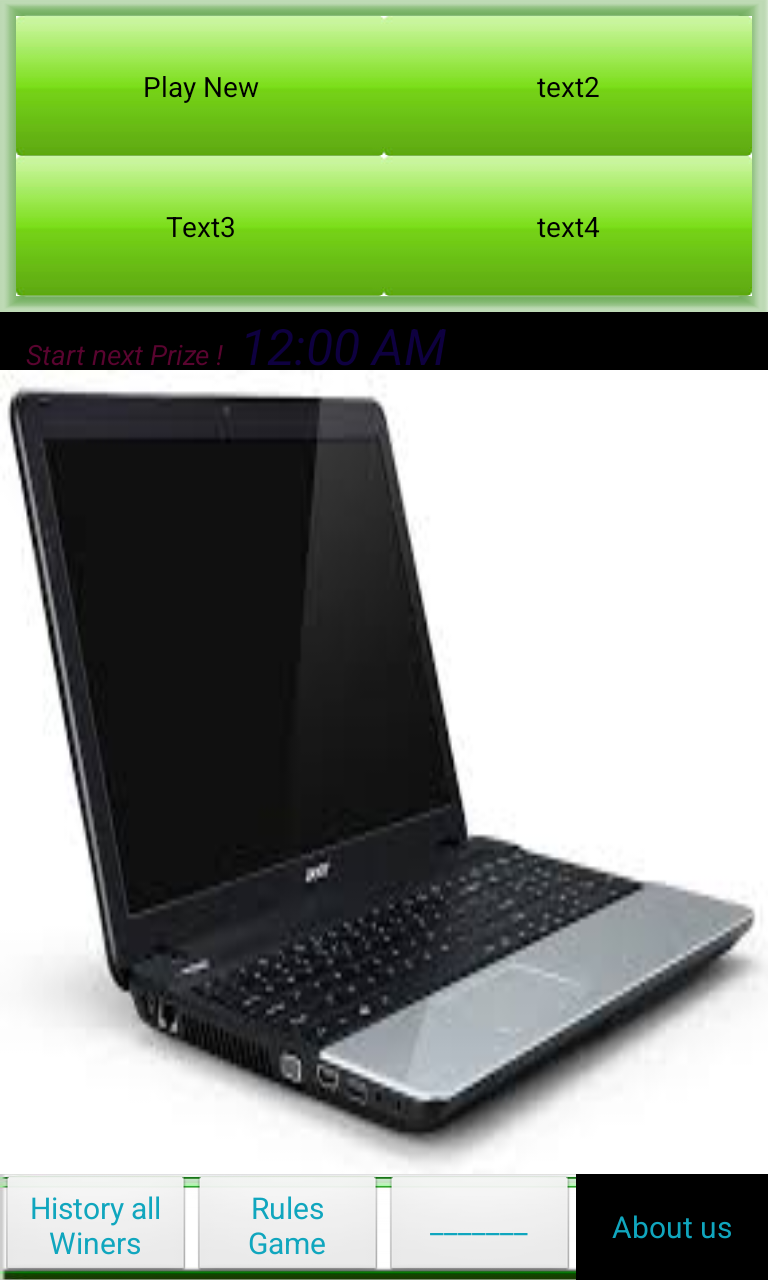
Repository: Skyremix/lottery
Layout: lotery/thelotter/res/layout/activity_main.xml
The author's editor kept a copy of each file at every save. The layout is drawn from the files as they stood at one save, then again after the next save.
It is drawn on a 768 x 1280 px phone screen (xhdpi) without system bars, with theme android:Theme.WithActionBar; the app's code is not run. The app's manifest (not shown) leaves right-to-left support off. So textAlignment, textDirection and layoutDirection are ignored, and left and right values win over start and end ones.

Above is the layout before, as saved 2015-04-07 20:42:43.

### lotery/thelotter/res/layout/activity_main.xml
<RelativeLayout xmlns:android="http://schemas.android.com/apk/res/android"
    xmlns:tools="http://schemas.android.com/tools"
    android:layout_width="match_parent"
    android:layout_height="match_parent"
    android:paddingBottom="0dp"
    android:paddingLeft="0dp"
    android:paddingRight="0dp"
    android:paddingTop="0dp"
    tools:context="com.example.thelotter.MainActivity" >

<LinearLayout
    android:layout_width="match_parent"
    android:layout_height="match_parent"
   	android:orientation="vertical">

    <LinearLayout
        android:layout_width="match_parent"
        android:layout_height="match_parent"
        android:layout_weight="1"
        android:orientation="vertical">

        <LinearLayout
            android:layout_width="match_parent"
            android:layout_height="156dp"
            android:orientation="vertical"
            android:background="@drawable/f">

            <LinearLayout
                android:layout_width="match_parent"
                android:layout_height="match_parent"
                android:orientation="horizontal"
                android:layout_weight="1"
                android:layout_marginLeft="0dp"
                android:layout_marginRight="0dp"
                android:layout_marginBottom="0dp">

                <Button
                    android:id="@+id/btn1"
                    android:layout_width="match_parent"
                    android:layout_height="match_parent"
                    android:layout_marginRight="0dp"
                    android:layout_weight="1"
                    android:background="@drawable/buttons"
                    android:paddingRight="0dp"
                    android:text="Play New"
                    android:layout_marginTop="8dp"
                    android:layout_marginLeft="8dp"/>

                <Button
                    android:id="@+id/btn2"
                    android:layout_width="match_parent"
                    android:layout_height="match_parent"
                    android:layout_marginLeft="0dp"
                    android:layout_weight="1"
                    android:paddingLeft="0dp"
                    android:text="text2"
                    android:background="@drawable/buttons"
                    android:layout_marginTop="8dp"
                    android:layout_marginRight="8dp"/>

            </LinearLayout>

            <LinearLayout
                android:layout_width="match_parent"
                android:layout_height="match_parent"
                android:orientation="horizontal"
                android:layout_weight="1"
                android:layout_marginLeft="0dp"
                android:layout_marginRight="0dp"
                android:layout_marginTop="0dp">

                <Button
                    android:id="@+id/btn3"
                    android:layout_width="match_parent"
                    android:layout_height="match_parent"
                    android:layout_weight="1"
                    android:onClick="@string/hello_world"
                    android:padding="0dp"
                    android:text="Text3"
                   	android:background="@drawable/buttons"
                   	android:layout_marginBottom="8dp"
                    android:layout_marginLeft="8dp"/>

                <Button
                    android:id="@+id/btn4"
                    android:layout_width="match_parent"
                    android:layout_height="match_parent"
                    android:layout_weight="1"
                    android:padding="0dp"
                    android:text="text4"
                    android:background="@drawable/buttons"
                    android:layout_marginBottom="8dp"
                    android:layout_marginRight="8dp"/>

            </LinearLayout>

        </LinearLayout>

        <LinearLayout
            android:layout_width="match_parent"
            android:layout_height="29dp" >

            <TextView
                android:id="@+id/txt1"
                android:layout_width="wrap_content"
                android:layout_height="wrap_content"
                android:layout_marginLeft="13dp"
                android:layout_marginRight="5dp"
                android:text="Start next Prize !"
                android:textColor="#59042F"
                android:textStyle="italic" />

            <DigitalClock
                android:id="@+id/digitalClock"
                android:layout_width="wrap_content"
                android:layout_height="wrap_content"
                android:layout_marginLeft="3dp"
                android:textAlignment="center"
                android:textColor="#0E0040"
                android:textSize="25sp"
                android:textStyle="italic"
            	/>

        </LinearLayout>

         <LinearLayout
             android:layout_width="match_parent"
             android:layout_height="match_parent" >

             <ImageView
                 android:id="@+id/imgGarely"
                 android:layout_width="match_parent"
                 android:layout_height="match_parent"
                 android:background="@drawable/p" />

        </LinearLayout>
    </LinearLayout>

    <LinearLayout
        android:layout_width="match_parent"
        android:layout_height="53dp"
        android:background="@drawable/b"
        android:orientation="horizontal" >

        <Button
            android:id="@+id/btnHistory"
            android:layout_width="match_parent"
            android:layout_height="match_parent"
            android:text="History all Winers"
            android:textSize="15sp"
            android:textColor="#10A6BE"
            android:layout_weight="1"/>

         <Button
            android:id="@+id/btnRules"
            android:layout_width="match_parent"
            android:layout_height="match_parent"
            android:text="Rules Game"
            android:textSize="15sp"
            android:textColor="#10A6BE"
            android:layout_weight="1"/>

      <Button
            android:id="@+id/btnSpace"
            android:layout_width="match_parent"
            android:layout_height="match_parent"
            android:text="_______"
            android:textSize="15sp"
            android:textColor="#10A6BE"
            android:layout_weight="1"/>

        <Button
            android:id="@+id/btnAbout"
            android:layout_width="match_parent"
            android:layout_height="match_parent"
            android:text="About us"
            android:background="#000000"
            android:textSize="15sp"
            android:textColor="#10A6BE"
            android:layout_weight="1"/>

    </LinearLayout>

</LinearLayout>

</RelativeLayout>

### lotery/thelotter/res/values/strings.xml
<?xml version="1.0" encoding="utf-8"?>
<resources>

    <string name="app_name">thelotter</string>
    <string name="hello_world">Hello world!</string>
    <string name="account">Account</string>
    <string name="rules">Rules</string>
    <string name="about_as">About AS</string>
    <string name="quit">Quit</string>

</resources>

After the next save:
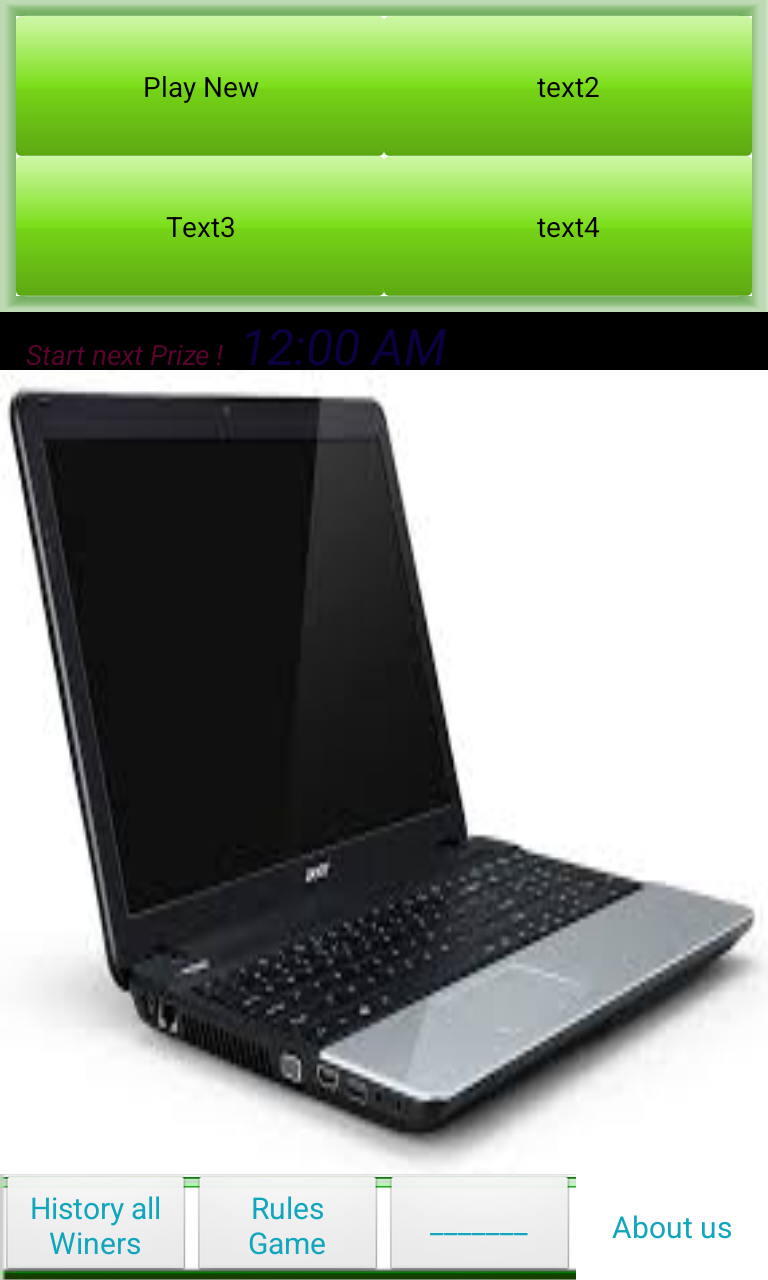
Saved 13 s later.
--- a/lotery/thelotter/res/layout/activity_main.xml
+++ b/lotery/thelotter/res/layout/activity_main.xml
@@ -174,7 +174,7 @@
             android:layout_width="match_parent"
             android:layout_height="match_parent"
             android:text="About us"
-            android:background="#000000"
+            android:background="#ffffff"
             android:textSize="15sp"
             android:textColor="#10A6BE"
             android:layout_weight="1"/>
